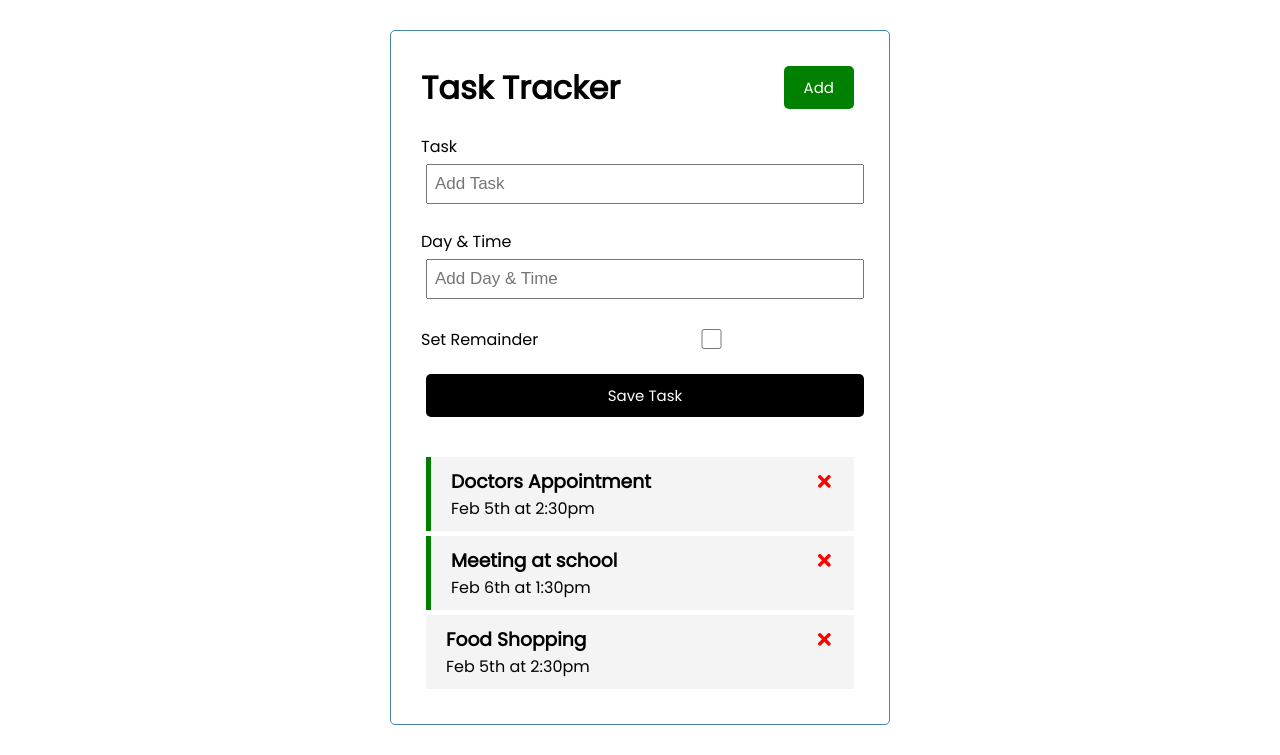
Repository: solutionsforeverything/React-task-tracker
Page: /
The author's editor kept a copy of each file at every save. The page is drawn from the files as they stood at one save, then again after a run of saves.
The browser window is 1280 px wide. The pictures show the whole page.
The project was rebuilt for these pictures with package versions that can differ from the ones it lists, and the page was loaded fresh each time.

Above is the page before, as saved 2021-02-26 15:28:39.

After the next 4 saves:
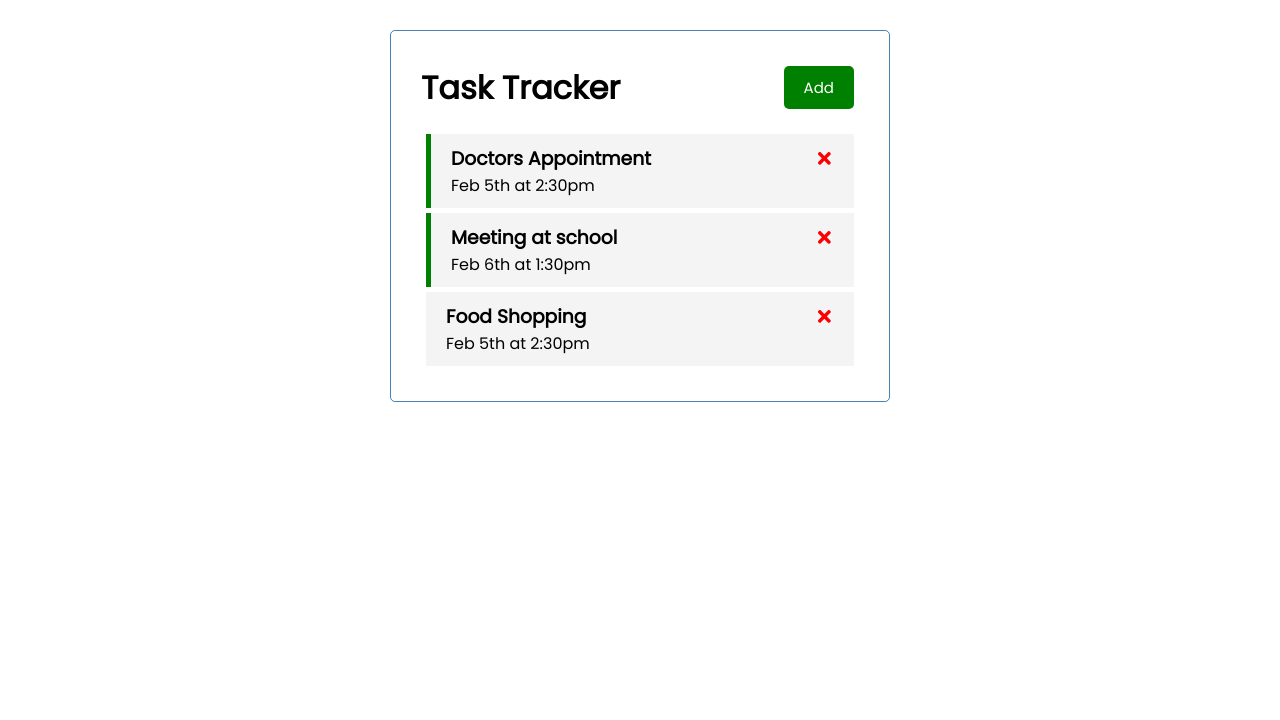
The 4 saves are shown as one change because 2 did not build or start and some came seconds apart.
The last was saved 91 s later.
--- a/src/App.js
+++ b/src/App.js
@@ -49,7 +49,7 @@ const addTask=(task)=>
   return (
     <div className="container">
       <Header title='Task Tracker' onAdd={()=>setShowAddTask(!ShowAddTask)}/>
-      <AddTask onAdd={addTask}/>
+      {ShowAddTask && <AddTask onAdd={addTask}/>}
        {tasks.length>0 ? <Tasks tasks={tasks} onDelete={deleteTask} onToggle={toggleRemainder}/>:"No Tasks to Show"}
     </div>
   );
